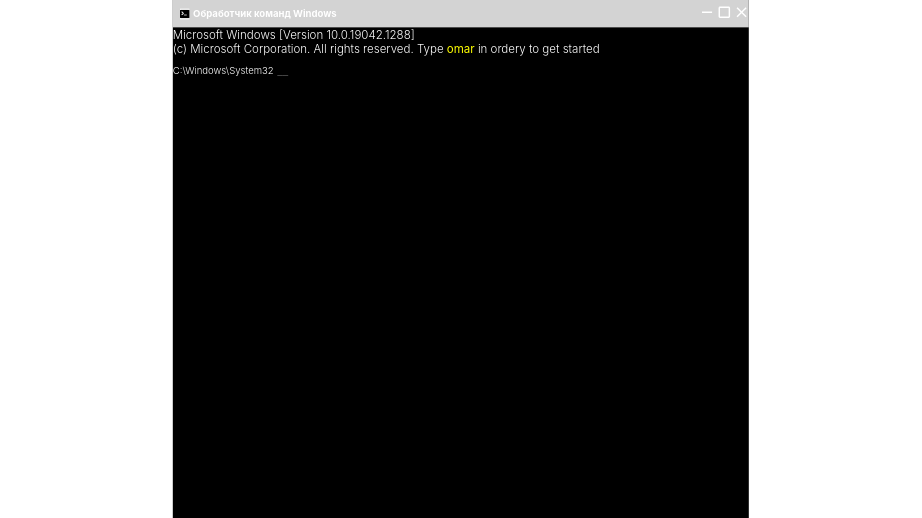
Repository: om1ars/cmd-port
Page: /, after clicking the first element matching `div.right > :nth-child(2)`
These files come from the project's save history. The page is drawn as it stood at one moment and after the next save; the edit follows.
The browser window is 1280 px wide. The pictures show the whole page, at 72% of full size.
The project was rebuilt for these pictures with package versions that can differ from the ones it lists, and the page was loaded fresh each time.

Above is the page before, as saved 2021-11-04 15:54:16.

### src/App.js
import { Close, CropSquare, Remove } from "@material-ui/icons";
import { useState } from "react";
import cmd from "./assets/cdm3.png";
import "./styles.css";

function App() {
  const [state, setState] = useState("");
  const [stateSecond, setStateSecond] = useState("");
  const [omar, setOmar] = useState("");
  const [please, setPlease] = useState("");
  const [port, setPort] = useState("");
  const [about, setAbout] = useState("");
  const [exit, setExit] = useState("");
  const [shrink, setShrink] = useState(false);

  console.log(state);

  const handleSubmit = (e) => {
    e.preventDefault();
    setState("");
  };

  const handleSubmitSecond = (e) => {
    e.preventDefault();
    setStateSecond("");
  };

  const handleClick = () => {
    if (state === "omar") {
      setOmar("omar");
      setPlease("");
    } else if (state === "") {
      setPlease("Please type something otherwise you can not see anything");
      setOmar("");
    }
  };
  const handleClickSecond = () => {
    if (stateSecond === "exit") {
      setExit("exited");
      setAbout("");
      setPort("");
    } else if (stateSecond === "port") {
      setPort("port");
      setAbout("");
      setExit("");
    } else if (stateSecond === "about") {
      setPort("about");
      setAbout("");
      setExit("");
    }
  };

  const handleShrink = () => {
    setShrink(!shrink);
  };

  return (
    <div className={`App__container ${shrink && `shrink`}`}>
      <div className="App__navbar">
        <div className="left">
          <img src={cmd} />
          <h5>Обработчик команд Windows</h5>
        </div>
        <div className="right">
          <Remove />
          <CropSquare onClick={handleShrink} />
          <Close />
        </div>
      </div>
      <div className="app__context">
        <p>
          Microsoft Windows [Version 10.0.19042.1288] <br /> (c) Microsoft
          Corporation. All rights reserved. Type <span> omar </span> in ordery
          to get started
        </p>
        <h5>
          C:\Windows\System32
          <form onSubmit={handleSubmit}>
            <input
              value={state}
              onChange={(e) => setState(e.target.value)}
              type="text"
              placeholder="__"
            />
            <button type="submit" onClick={handleClick}></button>
          </form>
        </h5>
        {please && <h1>{please}</h1>}
        {omar && (
          <div className="second__layer">
            <h1>My name is Omar and I am a Fullstack Developer</h1>
            <p>
              Type <span>port</span> to get my portfolio
            </p>
            <p>
              Type <span>about</span> to get about me
            </p>
            <p>
              Type <span>exit</span> to quit
            </p>
            <h5>
              C:\Windows\System32
              <form onSubmit={handleSubmitSecond}>
                <input
                  value={stateSecond}
                  onChange={(e) => setStateSecond(e.target.value)}
                  type="text"
                  placeholder="__"
                />
                <button type="submit" onClick={handleClickSecond}></button>
              </form>
            </h5>
          </div>
        )}
        {port && <p className="">{port}</p>}
        {about && <p className="">{about}</p>}
        {exit && <p className="">{exit}</p>}
      </div>
    </div>
  );
}

export default App;

### src/styles.css
.App__container {
  background-color: black;
  min-height: 100vh;
  color: white;
  overflow-x: hidden;
  overflow-y: scroll;
}
.App__navbar {
  /* height: 25px; */
  width: 99%;
  padding-right: 25px;
  background-color: lightgray;
  padding-left: 10px;
  padding-top: 5px;
  display: flex;
  padding-bottom: 5px;
  align-items: center;
}
.App__navbar > h5 {
  color: black;
}
.left {
  display: flex;
  align-items: center;
}
.left > img {
  height: 15px;
  margin-right: 5px;
  object-fit: contain;
}

.app__context > p {
  font-weight: 300;
}
.app__context > h5 {
  margin-top: 12px;
  font-weight: 300;
  margin-right: 5px;
}

input {
  border: none;
  outline: none;
  width: 80%;
  background-color: black;
}
input {
  color: yellow;
  margin-left: 3px;
}
button {
  display: none;
}
.app__context > h5 {
  display: flex;
}
.app__context > p > span {
  color: yellow;
  font-weight: 400;
}
.App__navbar {
  display: flex;
  align-items: center;
  justify-content: space-between;
}
.please {
  color: yellow;
  font-weight: 400;
}

.second__layer {
  display: flex;
  flex-direction: column;
}
.second__layer > p > span {
  color: yellow;
  font-weight: 400;
  margin-bottom: 10px;
}

.second__layer > h5 {
  margin-top: 25px;
}
.shrink {
  width: 800px;
  margin: auto;
}

Loaded but not shown: public/index.html (common file); src/index.js (common file); src/index.css (common file)

After the next save:
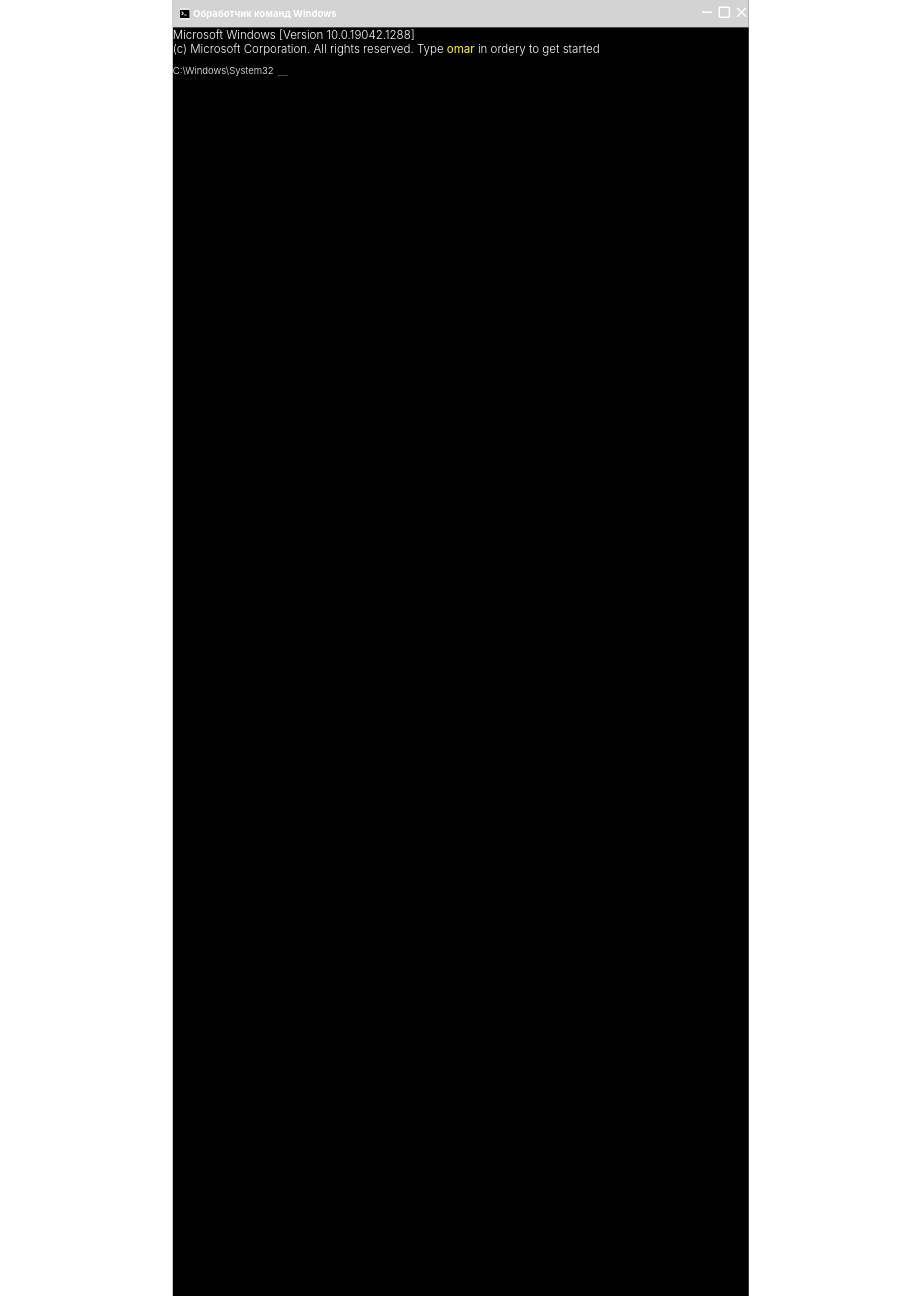
Saved 4 s later.
--- a/src/styles.css
+++ b/src/styles.css
@@ -83,5 +83,6 @@
 }
 .shrink {
   width: 800px;
+  height: 1800px;
   margin: auto;
 }
